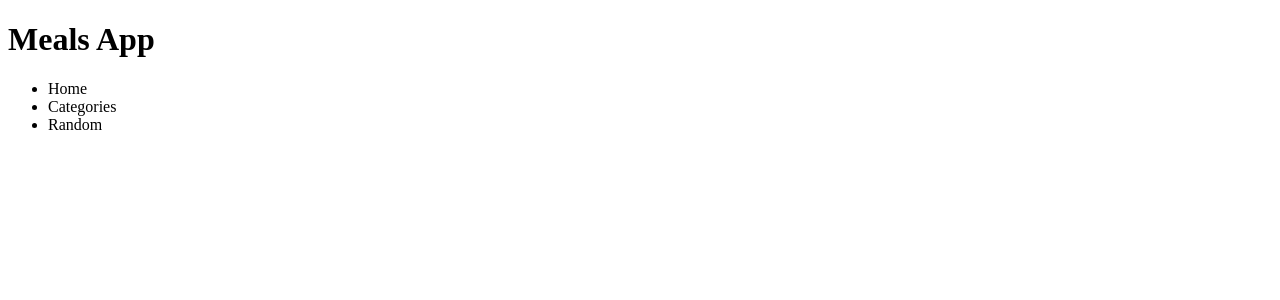
Repository: Shahriddinov/Meals
Page: /categories
The author's editor kept a copy of each file at every save. The page is drawn from the files as they stood at one save, then again after the next save.
The browser window is 1280 px wide. The pictures show the whole page.
The project was rebuilt for these pictures with package versions that can differ from the ones it lists, and the page was loaded fresh each time.

Above is the page before, as saved 2022-03-21 15:36:48.

### src/App.js
import React from 'react';
import Navbar from './components/Navbar/Navbar';

function App(props) {
    return (
        <div>
         <Navbar />
        </div>
    );
}

export default App;

### src/components/Navbar/Navbar.js
import React from 'react'

const Navbar = () => {
  return (
    <div className="navbar">
      <div className="navbar-heading">
          <h1>Meals <span>App</span></h1>
      </div>
      <div className="navbar-links">
          <ul>
              <li>Home</li>
              <li>Categories</li>
              <li>Random</li>
          </ul>
      </div>
    </div>
  )
}

export default Navbar

### src/components/Footer/Footer.js
import React from 'react'

export const Footer = () => {
  return (
    <div className="footer">
       <p>Meals <span>App</span> 2022&copy;</p>
    </div>
  )
}

Loaded but not shown: public/index.html (common file); src/index.js (common file)

After the next save:
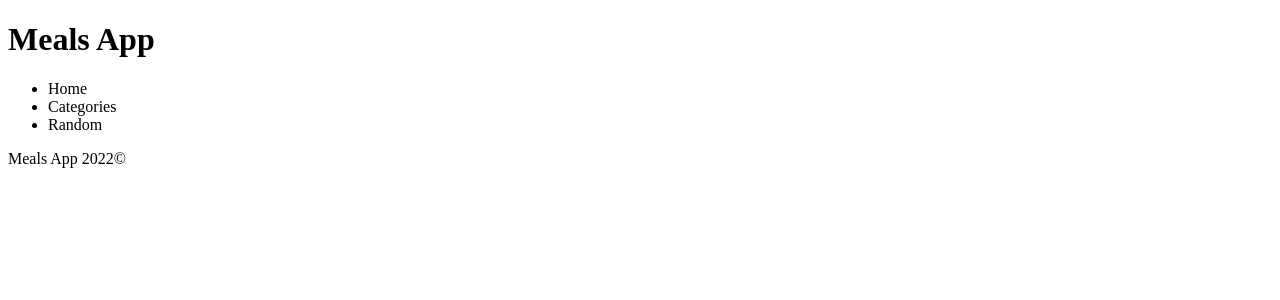
Saved 33 s later.
--- a/src/App.js
+++ b/src/App.js
@@ -1,10 +1,12 @@
 import React from 'react';
+import { Footer } from './components/Footer/Footer';
 import Navbar from './components/Navbar/Navbar';
 
 function App(props) {
     return (
         <div>
          <Navbar />
+         <Footer/>
         </div>
     );
 }
